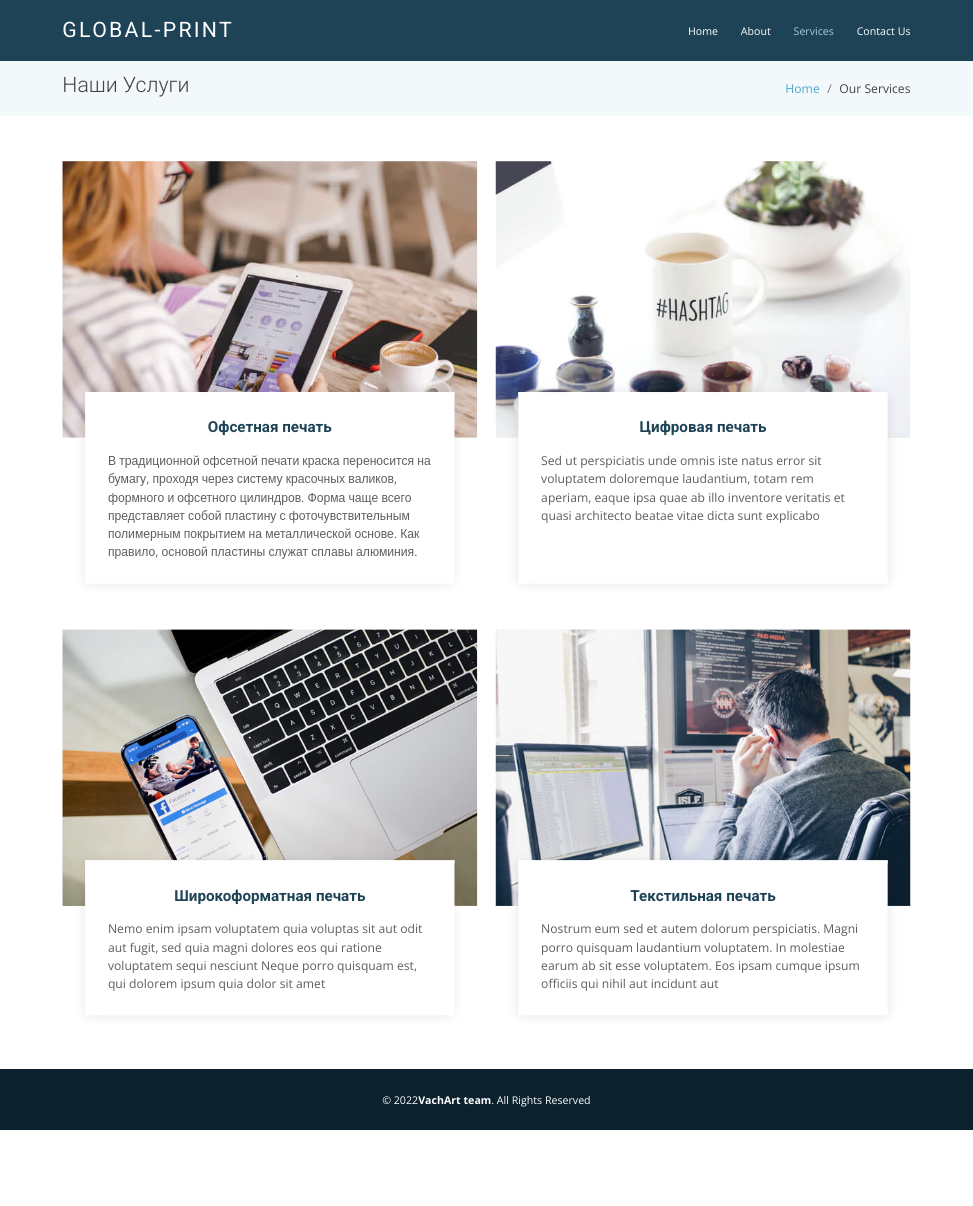
Repository: VachArt/Global-print
Page: services.html
The author's editor kept a copy of each file at every save. The page is drawn from the files as they stood at one save, then again after the next save.
The browser window is 1280 px wide. The pictures show the whole page, at 76% of full size.

Above is the page before, as saved 2022-06-13 23:10:48.

After the next save:
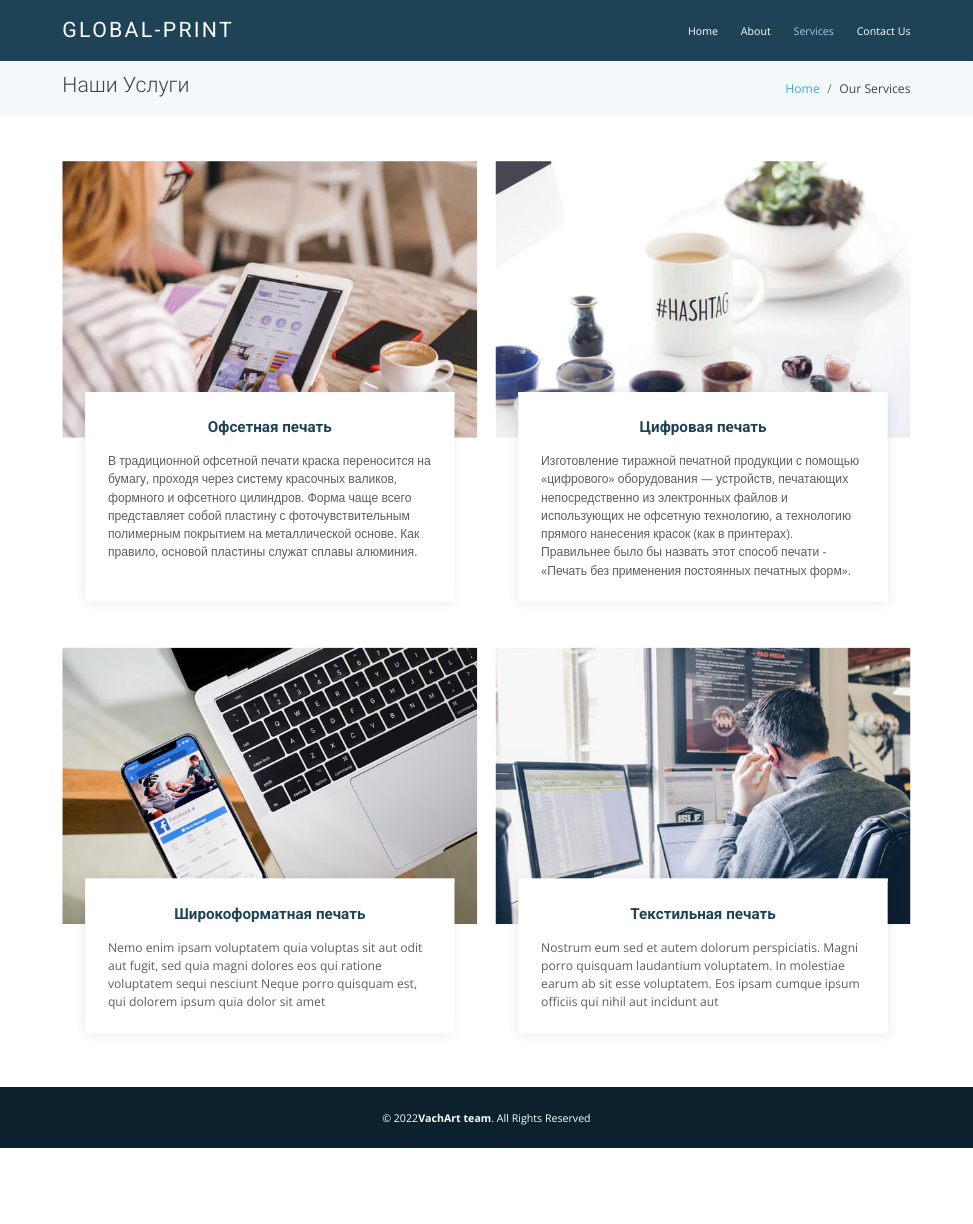
Saved 3 min 58 s later.
--- a/services.html
+++ b/services.html
@@ -94,7 +94,7 @@
               </div>
               <div class="card-body">
                 <h5 class="card-title"><a href="#">Цифровая печать</a></h5>
-                <p class="card-text">Sed ut perspiciatis unde omnis iste natus error sit voluptatem doloremque laudantium, totam rem aperiam, eaque ipsa quae ab illo inventore veritatis et quasi architecto beatae vitae dicta sunt explicabo</p>
+                <p class="card-text">Изготовление тиражной печатной продукции с помощью «цифрового» оборудования — устройств, печатающих непосредственно из электронных файлов и использующих не офсетную технологию, а технологию прямого нанесения красок (как в принтерах). Правильнее было бы назвать этот способ печати - «Печать без применения постоянных печатных форм».</p>
               </div>
             </div>
 
